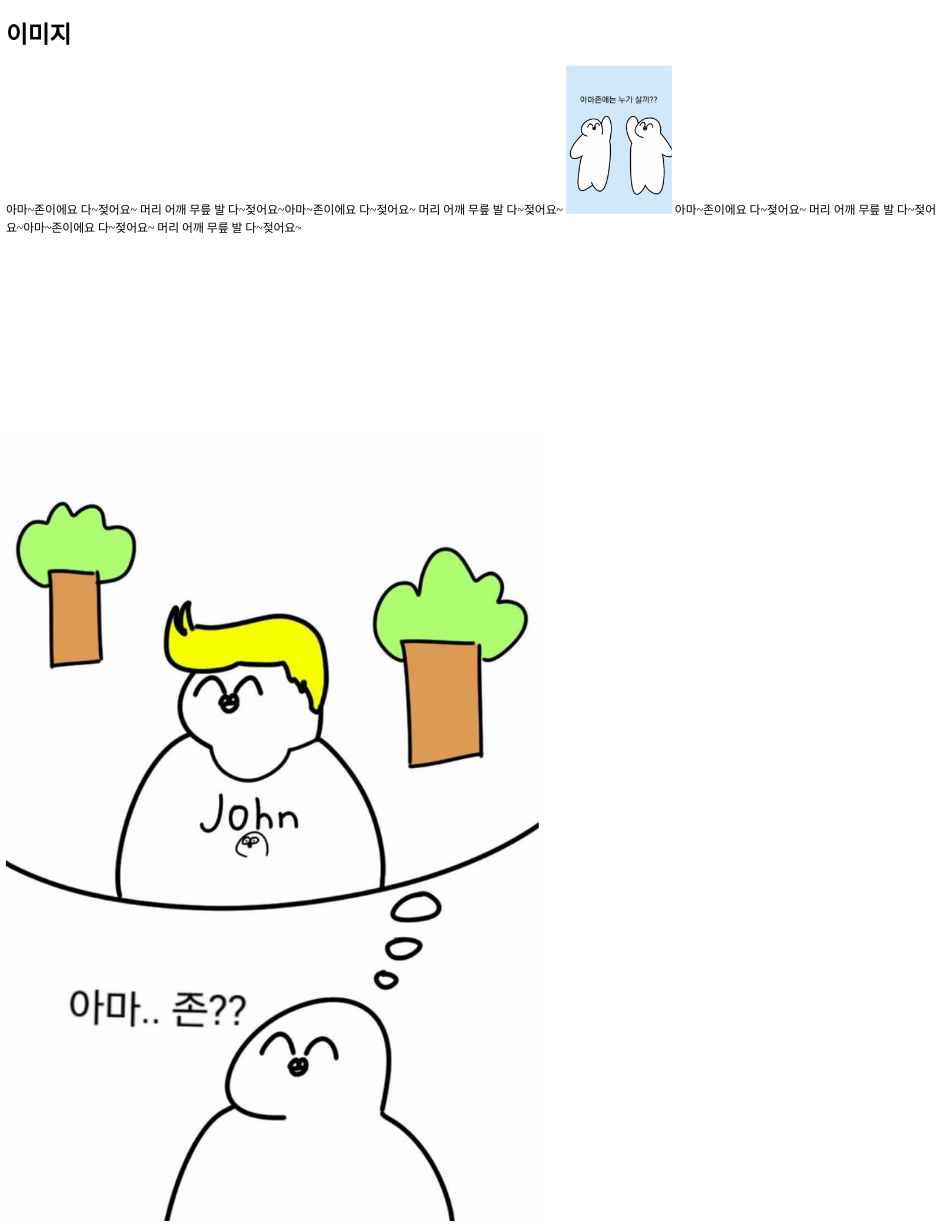
Repository: hb6700/client
Page: ClientTest/src/main/webapp/html/ex13_image.html
An editor plug-in stored every save of this project. The page is shown before and after the next save, followed by the edit.
The browser window is 1280 px wide. The pictures show the whole page, at 74% of full size.

Above is the page before, as saved 2023-09-20 07:45:02.

After the next save:
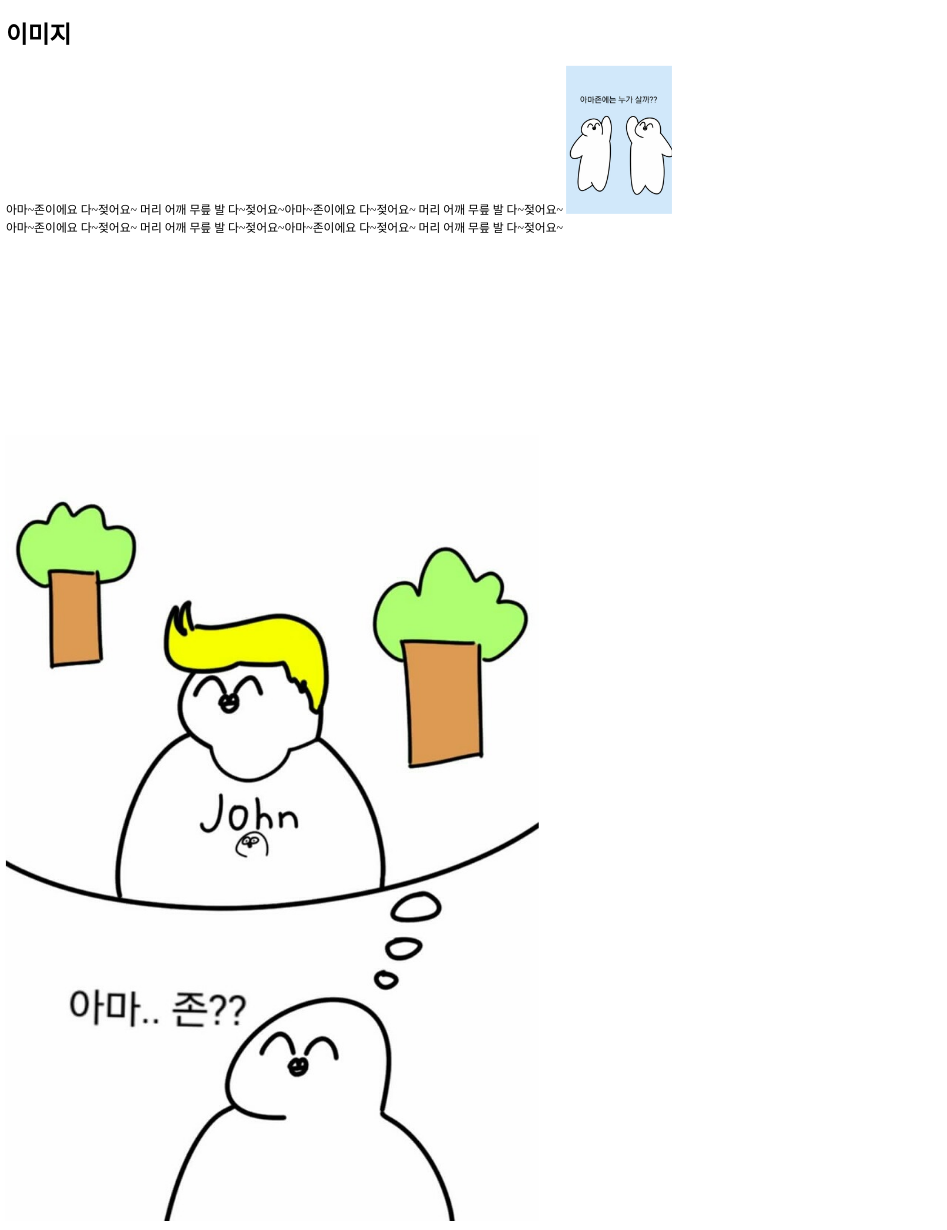
Saved 12 s later.
--- a/ClientTest/src/main/webapp/html/ex13_image.html
+++ b/ClientTest/src/main/webapp/html/ex13_image.html
@@ -42,7 +42,7 @@
 		<!-- <img src="images/카리나2.jpg" width="605" height="776"> -->
 		<!-- <img src="images/카리나2.jpg" width="200" height="260"> -->
 		아마~존이에요 다~젖어요~ 머리 어깨 무릎 발 다~젖어요~아마~존이에요 다~젖어요~ 머리 어깨 무릎 발 다~젖어요~
-		<img src="images/아마.jpg" height=200>
+		<img src="images/아마.jpg" height=200><br>
 		아마~존이에요 다~젖어요~ 머리 어깨 무릎 발 다~젖어요~아마~존이에요 다~젖어요~ 머리 어깨 무릎 발 다~젖어요~
 		<br><br><br><br><br><br><br><br><br><br><br><br><br><br><br><br>
 		<img src="images/존.jpg">
